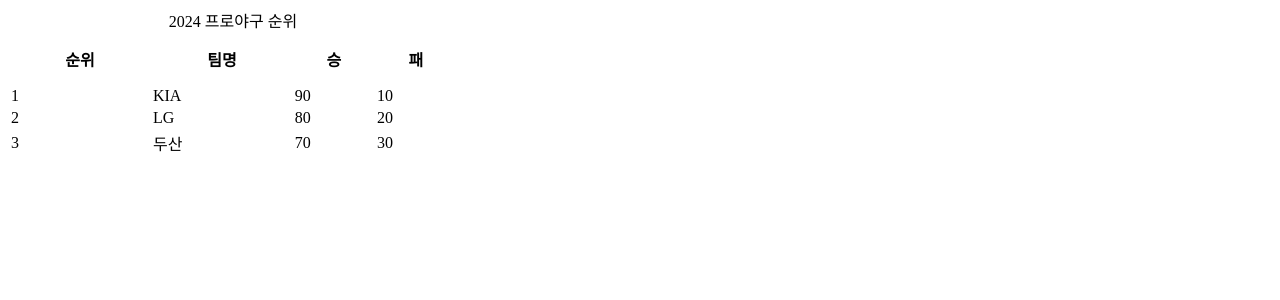
Repository: Cheol-Cheol/KOSA
Page: Kcc_web/Html/WebContent/table.html
These files come from the project's save history. The page is drawn as it stood at one moment and after the next save; the edit follows.
The browser window is 1280 px wide. The pictures show the whole page.

Above is the page before, as saved 2024-07-08 05:21:18.

After the next save:
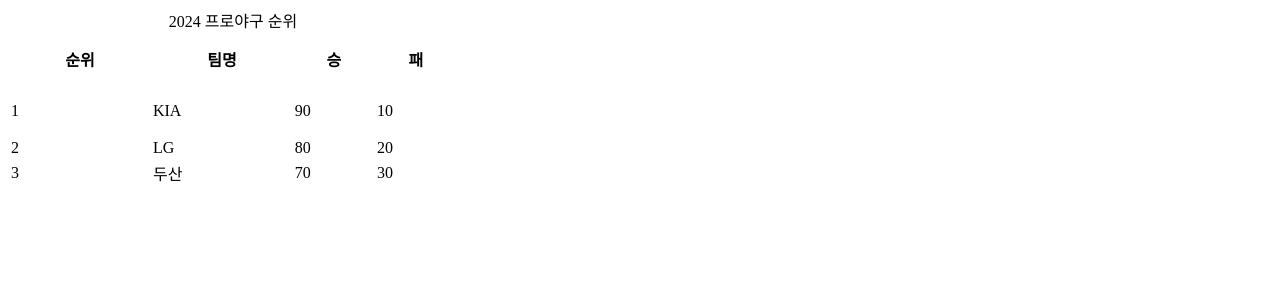
Saved 20 s later.
--- a/Kcc_web/Html/WebContent/table.html
+++ b/Kcc_web/Html/WebContent/table.html
@@ -16,7 +16,7 @@
 			</tr>
 		</thead>
 		<tbody>
-			<tr>
+			<tr height="50 align=" center>
 				<td>1</td>
 				<td>KIA</td>
 				<td>90</td>
